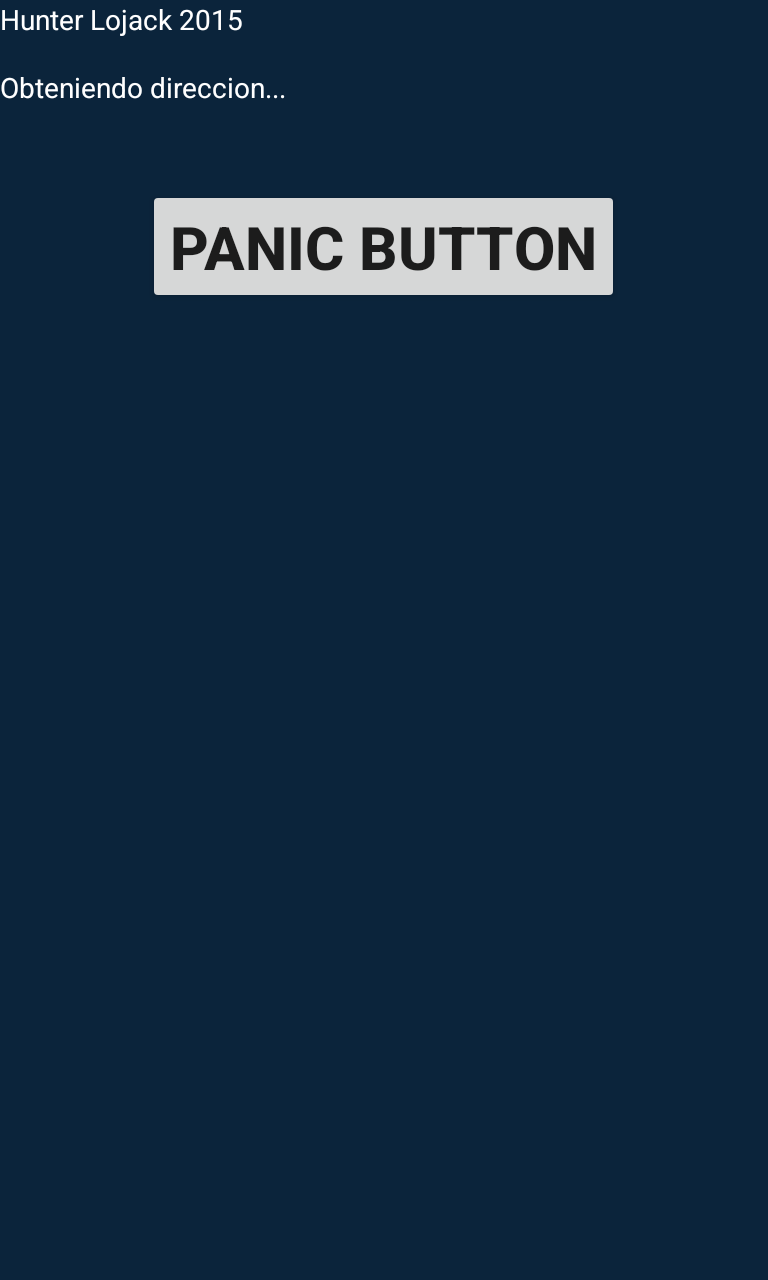
Repository: aludena18/android_apps
Layout: AlarmServiceLocation/res/layout/activity_main.xml
The author's editor kept a copy of each file at every save. The layout is drawn from the files as they stood at one save, then again after the next save.
It is drawn on a 768 x 1280 px phone screen (xhdpi) without system bars, with theme AppTheme; the app's code is not run.

Above is the layout before, as saved 2015-08-04 15:15:03.

After the next save:
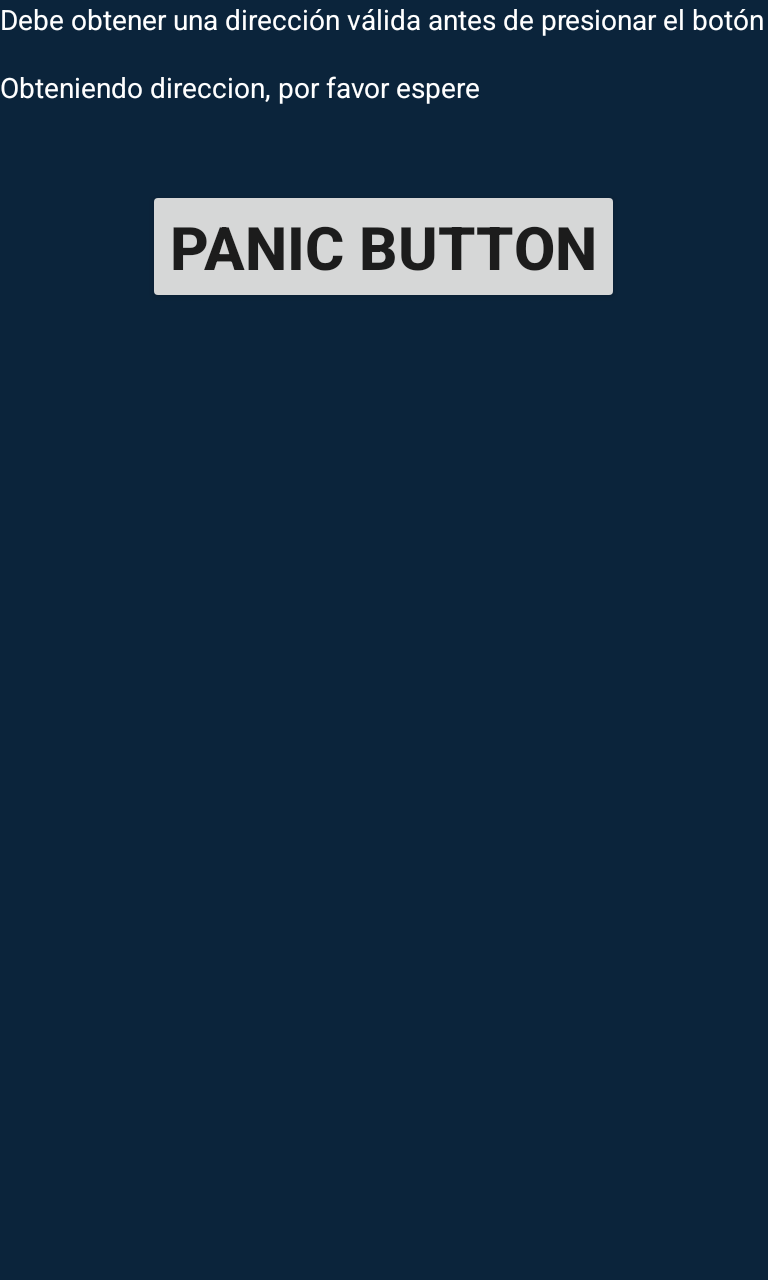
Saved 4 min 11 s later.
--- a/AlarmServiceLocation/res/values/strings.xml
+++ b/AlarmServiceLocation/res/values/strings.xml
@@ -2,10 +2,10 @@
 <resources>
 
     <string name="app_name">Alarm Service Location</string>
-    <string name="hello_world">Hunter Lojack 2015</string>
+    <string name="hello_world">Debe obtener una dirección válida antes de presionar el botón</string>
     <string name="action_settings">Settings</string>
 
     <string name="etqBtnPanic">Panic Button</string>
-    <string name="etqTxvDireccion">Obteniendo direccion...</string>
+    <string name="etqTxvDireccion">Obteniendo direccion, por favor espere</string>
 
 </resources>
